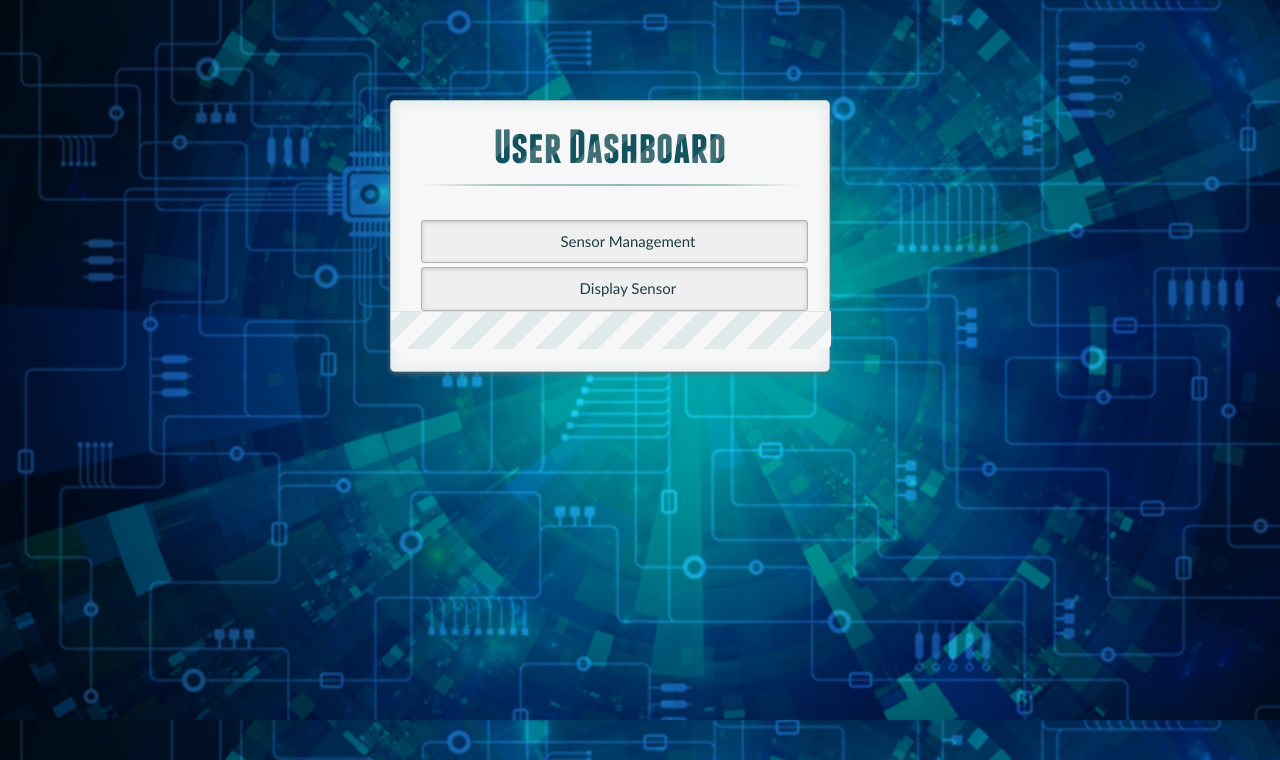
Repository: SharatNH/281mainproject
Page: sensorcloud/WebContent/menu.html
The author's editor kept a copy of each file at every save. The page is drawn from the files as they stood at one save, then again after the next save.
The browser window is 1280 px wide. The pictures show the whole page.
Some web fonts or font styles are not loaded; a fallback is used.

Above is the page before, as saved 2016-05-17 20:30:16.

### sensorcloud/WebContent/menu.html
<!DOCTYPE html>
<html>
<head>
<meta charset="ISO-8859-1">
<title>Sensors</title>

       <!-- Bootstrap Core CSS -->
    <link rel="stylesheet" href="css/bootstrap.min.css" type="text/css">

    <!-- Custom Fonts -->
    <link href='http://fonts.googleapis.com/css?family=Open+Sans:300italic,400italic,600italic,700italic,800italic,400,300,600,700,800' rel='stylesheet' type='text/css'>
    <link href='http://fonts.googleapis.com/css?family=Merriweather:400,300,300italic,400italic,700,700italic,900,900italic' rel='stylesheet' type='text/css'>
    <link rel="stylesheet" href="font-awesome/css/font-awesome.min.css" type="text/css">
<link rel="stylesheet" href="css/creative.css" type="text/css">
        <link rel="stylesheet" type="text/css" href="css/demo.css" />
        <link rel="stylesheet" type="text/css" href="css/style.css" />
        <link rel="stylesheet" type="text/css" href="css/animate-custom.css" />
</head>
<body style="background-image:url('images/background.png');background-size: cover;">
<section>
    <div id="container_demo" >
        <div id="wrapper">
            <div id="login" class="animate form">
               <form  autocomplete="on" >
                    <h1>User Dashboard</h1>

                    <input  type="submit" onClick="location.href='sensormanagement.html'" value="Sensor Management" class="login button" />
                    <input  type="submit"  name="display" value="Display Sensor" class="login button" />
                    <p class="change_link"></p>
                </form>
            </div>
        </div>
    </div>
</section>

</body>
<script type="text/javascript">





</script>
</html>

### sensorcloud/WebContent/css/demo.css
@font-face {
    font-family: 'BebasNeueRegular';
    src: url('fonts/BebasNeue-webfont.eot');
    src: url('fonts/BebasNeue-webfont.eot?#iefix') format('embedded-opentype'),
         url('fonts/BebasNeue-webfont.woff') format('woff'),
         url('fonts/BebasNeue-webfont.ttf') format('truetype'),
         url('fonts/BebasNeue-webfont.svg#BebasNeueRegular') format('svg');
    font-weight: normal;
    font-style: normal;
}
/* CSS reset */
body,div,dl,dt,dd,ul,ol,li,h1,h2,h3,h4,h5,h6,pre,form,fieldset,input,textarea,p,blockquote,th,td {
	margin:0;
	padding:0;
}
html,body {
	margin:0;
	padding:0;
	height: 100%;
}
table {
	border-collapse:collapse;
	border-spacing:0;
}
fieldset,img {
	border:0;
}
address,caption,cite,code,dfn,th,var {
	font-style:normal;
	font-weight:normal;
}
ol,ul {
	list-style:none;
}
caption,th {
	text-align:left;
}
h1,h2,h3,h4,h5,h6 {
	font-size:100%;
	font-weight:normal;
}
q:before,q:after {
	content:'';
}
abbr,acronym { border:0;
}
article, aside, details, figcaption, figure,
footer, header, hgroup, menu, nav, section {
	display: block;
}
/* General Demo Style */
body{
	font-family: Cambria, Palatino, "Palatino Linotype", "Palatino LT STD", Georgia, serif;
	background: #fff url(../images/bg.jpg) repeat top left;
	font-weight: 400;
	font-size: 15px;
	color: #1d3c41;
	overflow-y: scroll;
}
a{
	color: #333;
	text-decoration: none;
}
.container{
	width: 100%;
	height: 100%;
	position: relative;
	text-align: center;
}
.clr{
	clear: both;
}
.container > header{
	padding: 20px 30px 10px 30px;
	margin: 0px 20px 10px 20px;
	position: relative;
	display: block;
	text-shadow: 1px 1px 1px rgba(0,0,0,0.2);
    text-align: center;
}
.container > header h1{
	font-family: 'BebasNeueRegular', 'Arial Narrow', Arial, sans-serif;
	font-size: 35px;
	line-height: 35px;
	position: relative;
	font-weight: 400;
	color: rgba(26,89,120,0.9);
	text-shadow: 1px 1px 1px rgba(0,0,0,0.1);
    padding: 0px 0px 5px 0px;
}
.container > header h1 span{
	color: #7cbcd6;
	text-shadow: 0px 1px 1px rgba(255,255,255,0.8);
}
.container > header h2{
	font-size: 16px;
	font-style: italic;
	color: #2d6277;
	text-shadow: 0px 1px 1px rgba(255,255,255,0.8);
}
/* Header Style */
.codrops-top{
	line-height: 24px;
	font-size: 11px;
	background: rgba(255, 255, 255, 0.4);
	text-transform: uppercase;
	z-index: 9999;
	position: relative;
	box-shadow: 1px 0px 2px rgba(0,0,0,0.2);
}
.codrops-top a{
	padding: 0px 10px;
	letter-spacing: 1px;
	color: #333;
	text-shadow: 0px 1px 1px #fff;
	display: block;
	float: left;
}
.codrops-top a:hover{
	background: #fff;
}
.codrops-top span.right{
	float: right;
}
.codrops-top span.right a{
	float: left;
	display: block;
}

.codrops-demos{
	text-align:center;
	display: block;
	padding: 14px;
}
.codrops-demos span{
	display: inline-block;
	padding-right: 15px;
	text-shadow: 1px 1px 1px rgba(255, 255, 255, 0.8);
}
.codrops-demos a,
.codrops-demos a.current-demo,
.codrops-demos a.current-demo:hover{
    display: inline-block;
	font-style: italic;
	font-size: 12px;
	padding: 3px 5px;
	margin: 0px 3px;
	font-weight: 800;
	box-shadow: 1px 1px 1px rgba(0,0,0,0.05) inset;
	color: #fff;
	text-shadow: 1px 1px 1px rgba(0,0,0,0.1);
	background: rgba(104,171,194,0.5);
}
.codrops-demos a:hover{
	background: #4fa2c4;
}
.codrops-demos a.current-demo,
.codrops-demos a.current-demo:hover{
	color: rgba(104,171,194,1);
	background: rgba(255,255,255,0.9);
	box-shadow: 0px 1px 1px rgba(0,0,0,0.1);
}

### sensorcloud/WebContent/css/style.css
/* remove codrops styles and reset the whole thing */
#container_demo{
	 text-align: left;
	 margin: 0;
	 padding: 0;
	 margin: 0 auto;
	 font-family: "Trebuchet MS","Myriad Pro",Arial,sans-serif;
}

/** fonts used for the icons **/
@font-face {
    font-family: 'FontomasCustomRegular';
    src: url('fonts/fontomas-webfont.eot');
    src: url('fonts/fontomas-webfont.eot?#iefix') format('embedded-opentype'),
         url('fonts/fontomas-webfont.woff') format('woff'),
         url('fonts/fontomas-webfont.ttf') format('truetype'),
         url('fonts/fontomas-webfont.svg#FontomasCustomRegular') format('svg');
    font-weight: normal;
    font-style: normal;
}
@font-face {
    font-family: 'FranchiseRegular';
    src: url('fonts/franchise-bold-webfont.eot');
    src: url('fonts/franchise-bold-webfont.eot?#iefix') format('embedded-opentype'),
         url('fonts/franchise-bold-webfont.woff') format('woff'),
         url('fonts/franchise-bold-webfont.ttf') format('truetype'),
         url('fonts/franchise-bold-webfont.svg#FranchiseRegular') format('svg');
    font-weight: normal;
    font-style: normal;

}
a.hiddenanchor{
	display: none;
}
/** The wrapper that will contain our two forms **/
#wrapper{
	width: 60%;
	right: 0px;
	min-height: 560px;
	margin: 0px auto;
	width: 500px;
	position: relative;
}
/**** Styling the form elements **/

/**** general text styling ****/
#wrapper a{
	color: rgb(95, 155, 198);
	text-decoration: underline;
}

#wrapper h1,h3{
	font-size: 48px;
	color: rgb(6, 106, 117);
	padding: 2px 0 10px 0;
	font-family: 'FranchiseRegular','Arial Narrow',Arial,sans-serif;
	font-weight: bold;
	text-align: center;
	padding-bottom: 30px;
}
/** For the moment only webkit supports the background-clip:text; */
#wrapper h1,h3{
    background: -webkit-repeating-linear-gradient(-45deg,
	rgb(18, 83, 93) ,
	rgb(18, 83, 93) 20px,
	rgb(64, 111, 118) 20px,
	rgb(64, 111, 118) 40px,
	rgb(18, 83, 93) 40px);
	-webkit-text-fill-color: transparent;
	-webkit-background-clip: text;
}
#wrapper h1:after{
	content: ' ';
	display: block;
	width: 100%;
	height: 2px;
	margin-top: 10px;
	background: -moz-linear-gradient(left, rgba(147,184,189,0) 0%, rgba(147,184,189,0.8) 20%, rgba(147,184,189,1) 53%, rgba(147,184,189,0.8) 79%, rgba(147,184,189,0) 100%);
	background: -webkit-gradient(linear, left top, right top, color-stop(0%,rgba(147,184,189,0)), color-stop(20%,rgba(147,184,189,0.8)), color-stop(53%,rgba(147,184,189,1)), color-stop(79%,rgba(147,184,189,0.8)), color-stop(100%,rgba(147,184,189,0)));
	background: -webkit-linear-gradient(left, rgba(147,184,189,0) 0%,rgba(147,184,189,0.8) 20%,rgba(147,184,189,1) 53%,rgba(147,184,189,0.8) 79%,rgba(147,184,189,0) 100%);
	background: -o-linear-gradient(left, rgba(147,184,189,0) 0%,rgba(147,184,189,0.8) 20%,rgba(147,184,189,1) 53%,rgba(147,184,189,0.8) 79%,rgba(147,184,189,0) 100%);
	background: -ms-linear-gradient(left, rgba(147,184,189,0) 0%,rgba(147,184,189,0.8) 20%,rgba(147,184,189,1) 53%,rgba(147,184,189,0.8) 79%,rgba(147,184,189,0) 100%);
	background: linear-gradient(left, rgba(147,184,189,0) 0%,rgba(147,184,189,0.8) 20%,rgba(147,184,189,1) 53%,rgba(147,184,189,0.8) 79%,rgba(147,184,189,0) 100%);
}

#wrapper p{
	margin-bottom:15px;
}
#wrapper p:first-child{
	margin: 0px;
}
#wrapper label{
	color: rgb(64, 92, 96);
	position: relative;
}

/**** advanced input styling ****/
/* placeholder */
::-webkit-input-placeholder  {
	color: rgb(190, 188, 188);
	font-style: italic;
}
input:-moz-placeholder,
textarea:-moz-placeholder{
	color: rgb(190, 188, 188);
	font-style: italic;
}
input {
  outline: none;
}

/* all the input except submit and checkbox */
#wrapper input:not([type="checkbox"]){
	width: 92%;
	margin-top: 4px;
	padding: 10px 5px 10px 32px;
	border: 1px solid rgb(178, 178, 178);
	-webkit-appearance: textfield;
	-webkit-box-sizing: content-box;
	  -moz-box-sizing : content-box;
	       box-sizing : content-box;
	-webkit-border-radius: 3px;
	   -moz-border-radius: 3px;
	        border-radius: 3px;
	-webkit-box-shadow: 0px 1px 4px 0px rgba(168, 168, 168, 0.6) inset;
	   -moz-box-shadow: 0px 1px 4px 0px rgba(168, 168, 168, 0.6) inset;
	        box-shadow: 0px 1px 4px 0px rgba(168, 168, 168, 0.6) inset;
	-webkit-transition: all 0.2s linear;
	   -moz-transition: all 0.2s linear;
	     -o-transition: all 0.2s linear;
	        transition: all 0.2s linear;
}
#wrapper input:not([type="checkbox"]):active,
#wrapper input:not([type="checkbox"]):focus{
	border: 1px solid rgba(91, 90, 90, 0.7);
	background: rgba(238, 236, 240, 0.2);
	-webkit-box-shadow: 0px 1px 4px 0px rgba(168, 168, 168, 0.9) inset;
	   -moz-box-shadow: 0px 1px 4px 0px rgba(168, 168, 168, 0.9) inset;
	        box-shadow: 0px 1px 4px 0px rgba(168, 168, 168, 0.9) inset;
}

/** the magic icon trick ! **/
[data-icon]:after {
    content: attr(data-icon);
    font-family: 'FontomasCustomRegular';
    color: rgb(106, 159, 171);
    position: absolute;
    left: 10px;
    top: 35px;
	width: 30px;
}

/*styling both submit buttons */
#wrapper p.button input{
	    position: relative;
    left: 250px;
	width: 30%;
	cursor: pointer;
	background: rgb(61, 157, 179);
	padding: 8px 5px;
	font-family: 'BebasNeueRegular','Arial Narrow',Arial,sans-serif;
	color: #fff;
	font-size: 24px;
	border: 1px solid rgb(28, 108, 122);
	margin-bottom: 10px;
	text-shadow: 0 1px 1px rgba(0, 0, 0, 0.5);
	-webkit-border-radius: 3px;
	   -moz-border-radius: 3px;
	        border-radius: 3px;
	-webkit-box-shadow: 0px 1px 6px 4px rgba(0, 0, 0, 0.07) inset,
	        0px 0px 0px 3px rgb(254, 254, 254),
	        0px 5px 3px 3px rgb(210, 210, 210);
	   -moz-box-shadow:0px 1px 6px 4px rgba(0, 0, 0, 0.07) inset,
	        0px 0px 0px 3px rgb(254, 254, 254),
	        0px 5px 3px 3px rgb(210, 210, 210);
	        box-shadow:0px 1px 6px 4px rgba(0, 0, 0, 0.07) inset,
	        0px 0px 0px 3px rgb(254, 254, 254),
	        0px 5px 3px 3px rgb(210, 210, 210);
	-webkit-transition: all 0.2s linear;
	   -moz-transition: all 0.2s linear;
	     -o-transition: all 0.2s linear;
	        transition: all 0.2s linear;
}
#wrapper p.button input:hover{
	background: rgb(74, 179, 198);
}
#wrapper p.button input:active,
#wrapper p.button input:focus{
	background: rgb(40, 137, 154);
	position: relative;
	top: 1px;
	border: 1px solid rgb(12, 76, 87);
	-webkit-box-shadow: 0px 1px 6px 4px rgba(0, 0, 0, 0.2) inset;
	   -moz-box-shadow: 0px 1px 6px 4px rgba(0, 0, 0, 0.2) inset;
	        box-shadow: 0px 1px 6px 4px rgba(0, 0, 0, 0.2) inset;
}
p.add.button,
p.signin.button{
	text-align: right;
	margin: 5px 0;
}




/*styling the links to change from one form to another */

p.change_link{
	position: absolute;
	color: rgb(127, 124, 124);
	left: 0px;
	height: 20px;
	width: 440px;
	padding: 17px 30px 20px 30px;
	font-size: 16px	;
	text-align: right;
	border-top: 1px solid rgb(219, 229, 232);
	-webkit-border-radius: 0 0  5px 5px;
	   -moz-border-radius: 0 0  5px 5px;
	        border-radius: 0 0  5px 5px;
	background: rgb(225, 234, 235);
	background: -moz-repeating-linear-gradient(-45deg,
	rgb(247, 247, 247) ,
	rgb(247, 247, 247) 15px,
	rgb(225, 234, 235) 15px,
	rgb(225, 234, 235) 30px,
	rgb(247, 247, 247) 30px
	);
	background: -webkit-repeating-linear-gradient(-45deg,
	rgb(247, 247, 247) ,
	rgb(247, 247, 247) 15px,
	rgb(225, 234, 235) 15px,
	rgb(225, 234, 235) 30px,
	rgb(247, 247, 247) 30px
	);
	background: -o-repeating-linear-gradient(-45deg,
	rgb(247, 247, 247) ,
	rgb(247, 247, 247) 15px,
	rgb(225, 234, 235) 15px,
	rgb(225, 234, 235) 30px,
	rgb(247, 247, 247) 30px
	);
	background: repeating-linear-gradient(-45deg,
	rgb(247, 247, 247) ,
	rgb(247, 247, 247) 15px,
	rgb(225, 234, 235) 15px,
	rgb(225, 234, 235) 30px,
	rgb(247, 247, 247) 30px
	);
}
#wrapper p.change_link a {
	display: inline-block;
	font-weight: bold;
	background: rgb(247, 248, 241);
	padding: 2px 6px;
	color: rgb(29, 162, 193);
	margin-left: 10px;
	text-decoration: none;
	-webkit-border-radius: 4px;
	-moz-border-radius: 4px;
	border-radius: 4px;
	border: 1px solid rgb(203, 213, 214);
	-webkit-transition: all 0.4s linear;
	-moz-transition: all 0.4s  linear;
	-o-transition: all 0.4s linear;
	-ms-transition: all 0.4s  linear;
	transition: all 0.4s  linear;
}
#wrapper p.change_link a:hover {
	color: rgb(57, 191, 215);
	background: rgb(247, 247, 247);
	border: 1px solid rgb(74, 179, 198);
}
#wrapper p.change_link a:active{
	position: relative;
	top: 1px;
}
/** Styling both forms **/
#register,
#login{
	position: absolute;
	top: 0px;
	width: 88%;
	padding: 18px 6% 60px 6%;
	margin: 0 0 35px 0;
	background: rgb(247, 247, 247);
	border: 1px solid rgba(147, 184, 189,0.8);
	-webkit-box-shadow: 0pt 2px 5px rgba(105, 108, 109,  0.7),	0px 0px 8px 5px rgba(208, 223, 226, 0.4) inset;
	   -moz-box-shadow: 0pt 2px 5px rgba(105, 108, 109,  0.7),	0px 0px 8px 5px rgba(208, 223, 226, 0.4) inset;
	        box-shadow: 0pt 2px 5px rgba(105, 108, 109,  0.7),	0px 0px 8px 5px rgba(208, 223, 226, 0.4) inset;
	-webkit-box-shadow: 5px;
	-moz-border-radius: 5px;
		 border-radius: 5px;
}
#register{
	z-index: 21;
	opacity: 0;
}
#login{
	z-index: 22;
}


.animate{
	-webkit-animation-duration: 0.5s;
	-webkit-animation-timing-function: ease;
	-webkit-animation-fill-mode: both;

	-moz-animation-duration: 0.5s;
	-moz-animation-timing-function: ease;
	-moz-animation-fill-mode: both;

	-o-animation-duration: 0.5s;
	-o-animation-timing-function: ease;
	-o-animation-fill-mode: both;

	-ms-animation-duration: 0.5s;
	-ms-animation-timing-function: ease;
	-ms-animation-fill-mode: both;

	animation-duration: 0.5s;
	animation-timing-function: ease;
	animation-fill-mode: both;
}

/** yerk some ugly IE fixes 'cause I know someone will ask "why does it look ugly in IE?", no matter how many warnings I will put in the article */

.lt8 #wrapper input{
	padding: 10px 5px 10px 32px;
    width: 92%;
}
.lt8 #wrapper input[type=checkbox]{
	width: 10px;
	padding: 0;
}
.lt8 #wrapper h1{
	color: #066A75;
}
.lt8 #register{
	display: none;
}
.lt8 p.change_link,
.ie9 p.change_link{
	position: absolute;
	height: 90px;
	background: transparent;
}

Loaded but not shown: sensorcloud/WebContent/css/bootstrap.min.css (library); sensorcloud/WebContent/font-awesome/css/font-awesome.min.css (library); sensorcloud/WebContent/css/creative.css (common file); sensorcloud/WebContent/css/animate-custom.css (library)

After the next save:
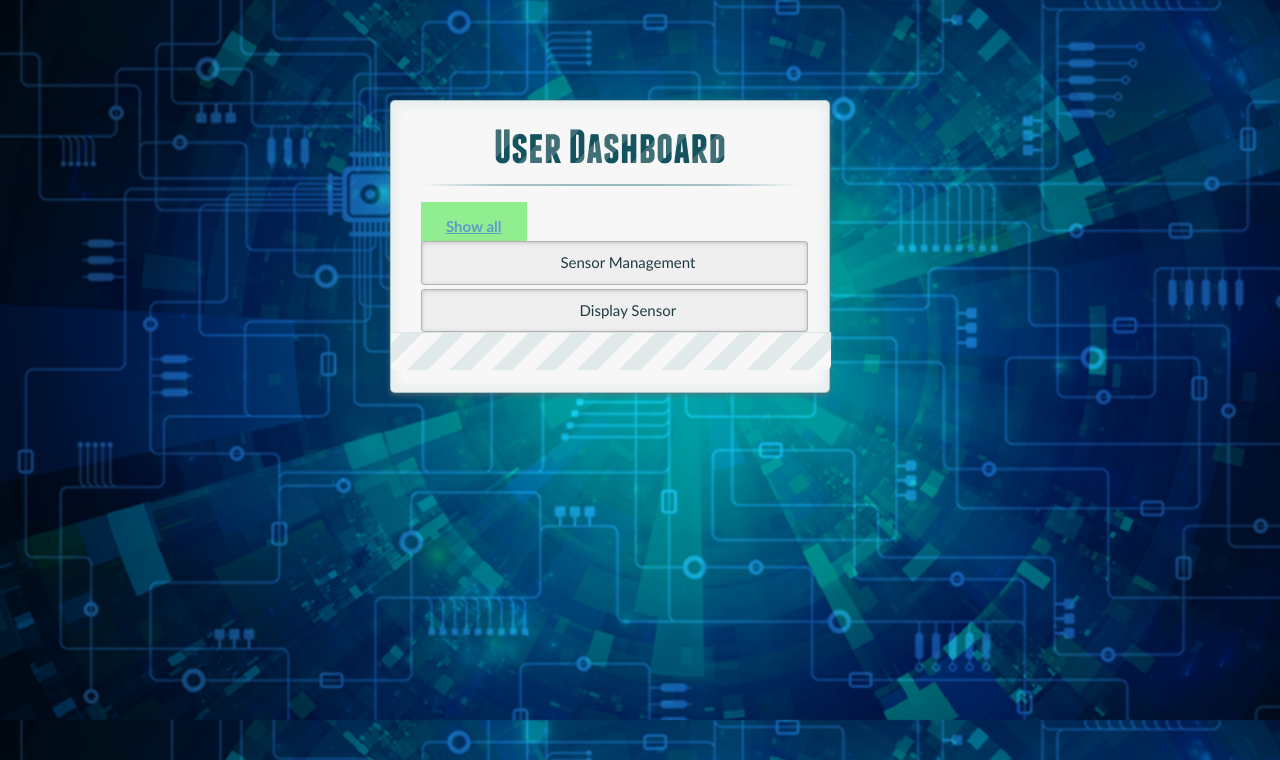
Saved 47 s later.
--- a/sensorcloud/WebContent/menu.html
+++ b/sensorcloud/WebContent/menu.html
@@ -23,7 +23,10 @@
             <div id="login" class="animate form">
                <form  autocomplete="on" >
                     <h1>User Dashboard</h1>
-
+       			<a href="sensormanagement.html"
+		style="align: center; cursor: pointer; background-color: lightgreen; padding: 15px 25px;">
+		<b>Show all</b>
+	</a>
                     <input  type="submit" onClick="location.href='sensormanagement.html'" value="Sensor Management" class="login button" />
                     <input  type="submit"  name="display" value="Display Sensor" class="login button" />
                     <p class="change_link"></p>
